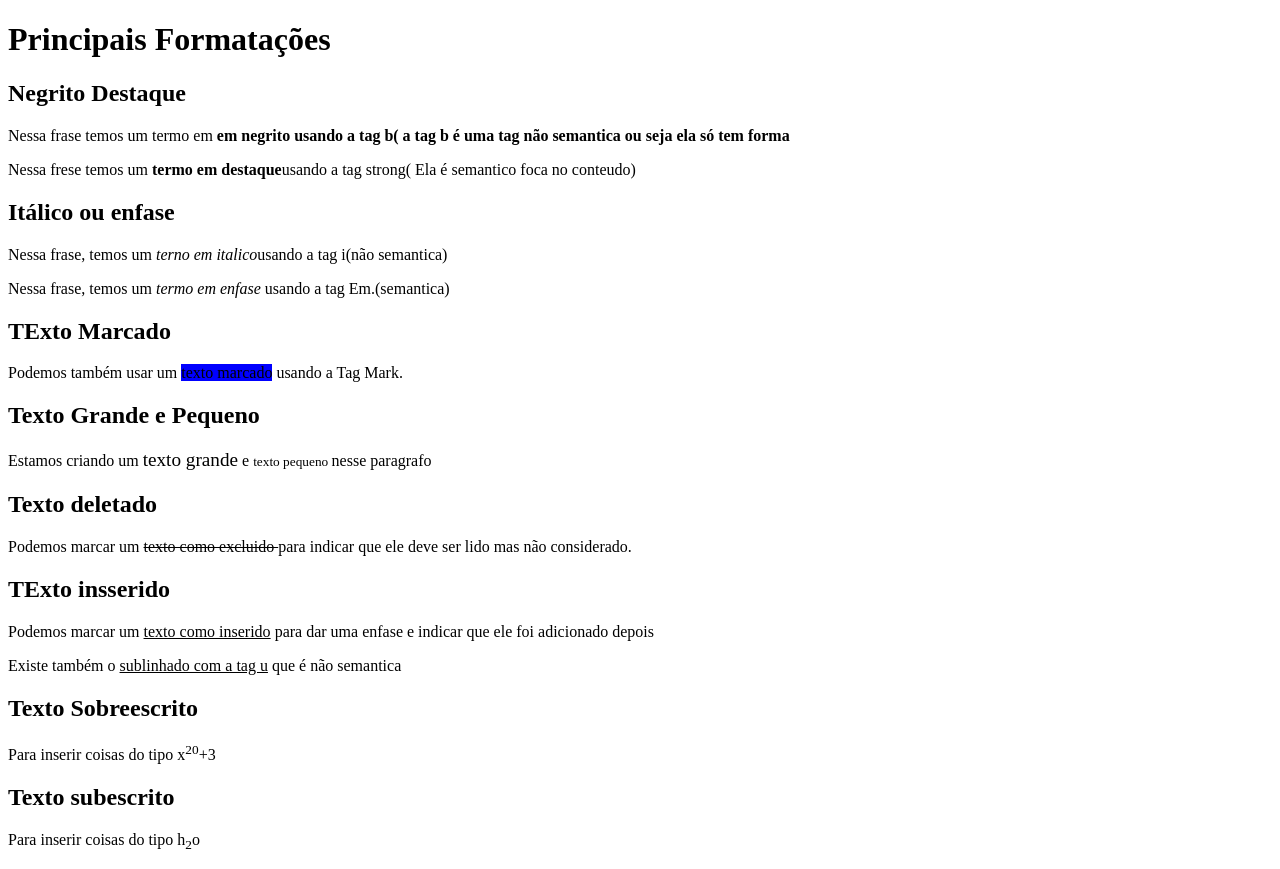
Repository: Guillermomarcon/exercicios
Page: ex008/index.html
An editor plug-in stored every save of this project. The page is shown before and after the next save, followed by the edit.
The browser window is 1280 px wide. The pictures show the whole page.

Above is the page before, as saved 2020-12-08 01:42:33.

### ex008/index.html
<!DOCTYPE html>
<html lang="pt-br">
<head>
    <meta charset="UTF-8">
    <meta name="viewport" content="width=device-width, initial-scale=1.0">
    <title>Formatação de Textos</title>
    <style>
        mark{
            background-color: blue;
        }
    </style>
</head>
<body>
    <h1>Principais Formatações</h1>
    <h2>Negrito Destaque</h2>
    <p>Nessa frase temos um termo em <b>em negrito usando a tag b( a tag b é uma tag não semantica ou seja ela só tem forma</b> </p>
    <p>Nessa frese temos um <strong>termo em destaque</strong>usando a tag strong( Ela é semantico foca no conteudo) </p>
    <h2>Itálico ou enfase</h2>
    <p>Nessa frase, temos um <i>terno em italico</i>usando a tag i(não semantica) </p>
  <p>
      Nessa frase, temos um <em>termo em enfase</em>  usando a tag Em.(semantica)
  </p>
  <h2>TExto Marcado</h2>
  <p>Podemos também usar um <mark>texto marcado</mark>  usando a Tag Mark.</p>
  <h2>Texto Grande e Pequeno</h2>
  <p>Estamos criando um <big>texto grande</big> e <small>
      texto pequeno
  </small> nesse paragrafo</p>
  <h2>Texto deletado</h2>
  <p>Podemos marcar um <del>
      texto como excluido
  </del> para indicar que ele deve ser lido mas não considerado. </p>
  <h2>TExto insserido</h2>
  <p>Podemos marcar um <ins>texto como inserido</ins> para dar uma enfase e indicar que ele foi adicionado depois  </p>
  <p>Existe também o <u>sublinhado com a tag u</u> que é não semantica </p>
  <h2>Texto Sobreescrito</h2>
  <p>Para inserir coisas do tipo x<sup>20</sup>+3 </p>
  <h2>Texto subescrito</h2>
  <p>Para inserir coisas do tipo h<sub>2</sub>o </p>


</body>
</html>

After the next save:
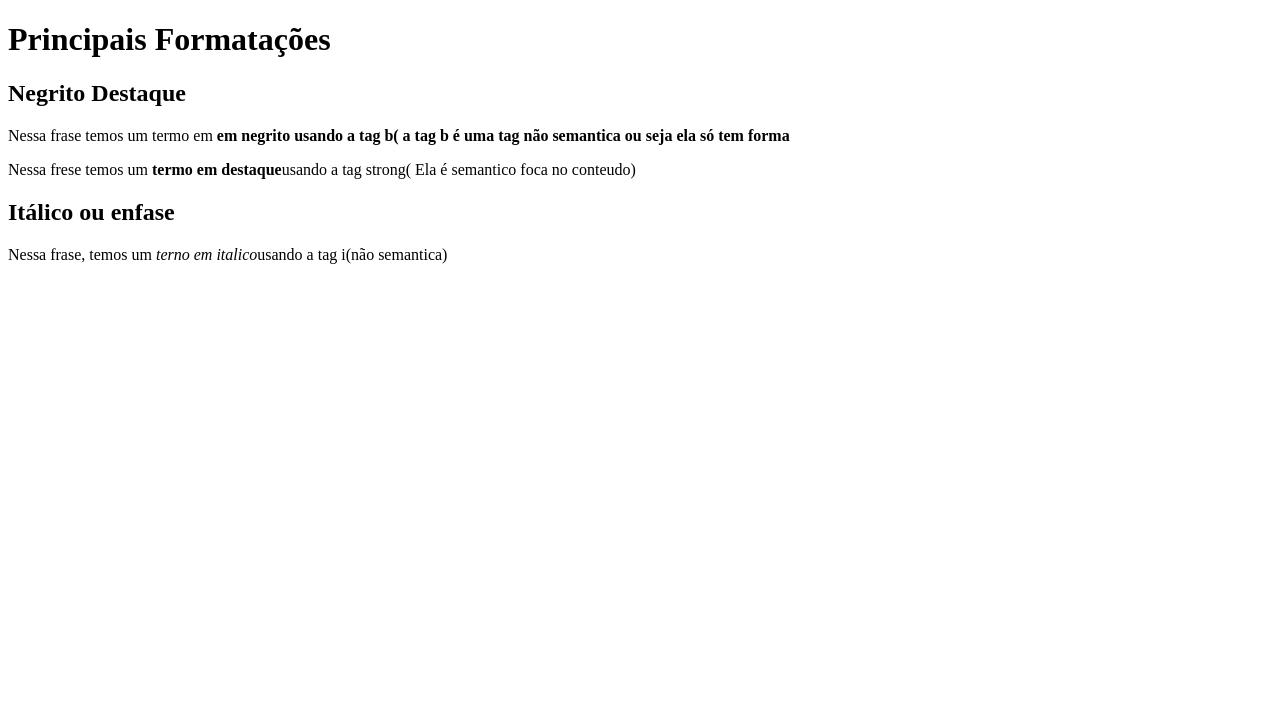
Saved 4 s later.
--- a/ex008/index.html
+++ b/ex008/index.html
@@ -4,11 +4,6 @@
     <meta charset="UTF-8">
     <meta name="viewport" content="width=device-width, initial-scale=1.0">
     <title>Formatação de Textos</title>
-    <style>
-        mark{
-            background-color: blue;
-        }
-    </style>
 </head>
 <body>
     <h1>Principais Formatações</h1>
@@ -17,26 +12,10 @@
     <p>Nessa frese temos um <strong>termo em destaque</strong>usando a tag strong( Ela é semantico foca no conteudo) </p>
     <h2>Itálico ou enfase</h2>
     <p>Nessa frase, temos um <i>terno em italico</i>usando a tag i(não semantica) </p>
-  <p>
-      Nessa frase, temos um <em>termo em enfase</em>  usando a tag Em.(semantica)
-  </p>
-  <h2>TExto Marcado</h2>
-  <p>Podemos também usar um <mark>texto marcado</mark>  usando a Tag Mark.</p>
-  <h2>Texto Grande e Pequeno</h2>
-  <p>Estamos criando um <big>texto grande</big> e <small>
-      texto pequeno
-  </small> nesse paragrafo</p>
-  <h2>Texto deletado</h2>
-  <p>Podemos marcar um <del>
-      texto como excluido
-  </del> para indicar que ele deve ser lido mas não considerado. </p>
-  <h2>TExto insserido</h2>
-  <p>Podemos marcar um <ins>texto como inserido</ins> para dar uma enfase e indicar que ele foi adicionado depois  </p>
-  <p>Existe também o <u>sublinhado com a tag u</u> que é não semantica </p>
-  <h2>Texto Sobreescrito</h2>
-  <p>Para inserir coisas do tipo x<sup>20</sup>+3 </p>
-  <h2>Texto subescrito</h2>
-  <p>Para inserir coisas do tipo h<sub>2</sub>o </p>
+
+
+
+
 
 
 </body>
